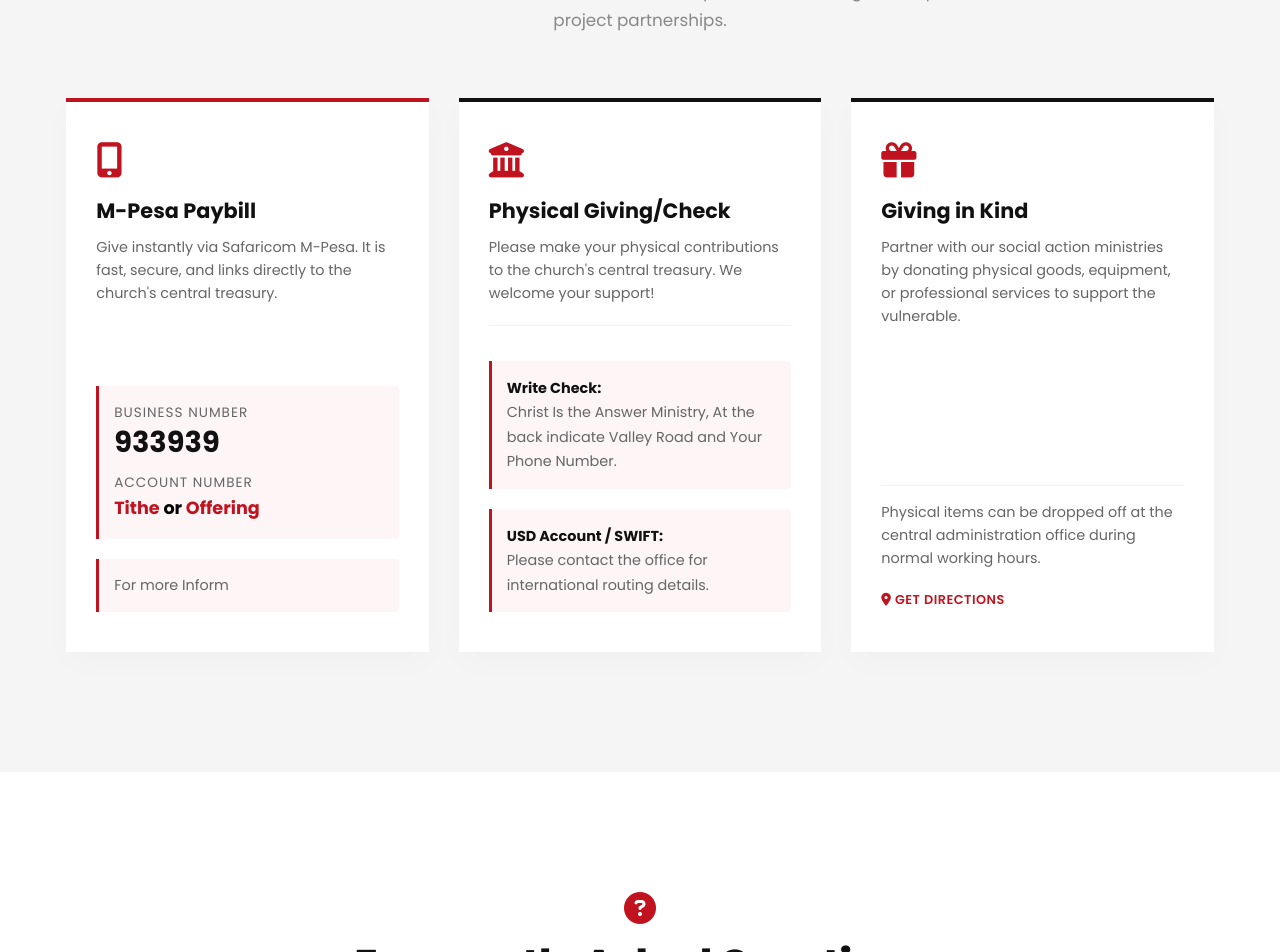
Repository: jereworks/CITAMVRD-Website
Page: give.html
These files come from the project's save history. The page is drawn as it stood at one moment and after the next save; the edit follows.
The browser window is 1280 px wide. The pictures show the part of the page from y = 723 to 1675 px (the page is 2565 px tall).

Above is the page before, as saved 2026-06-12 07:28:43.

After the next save:
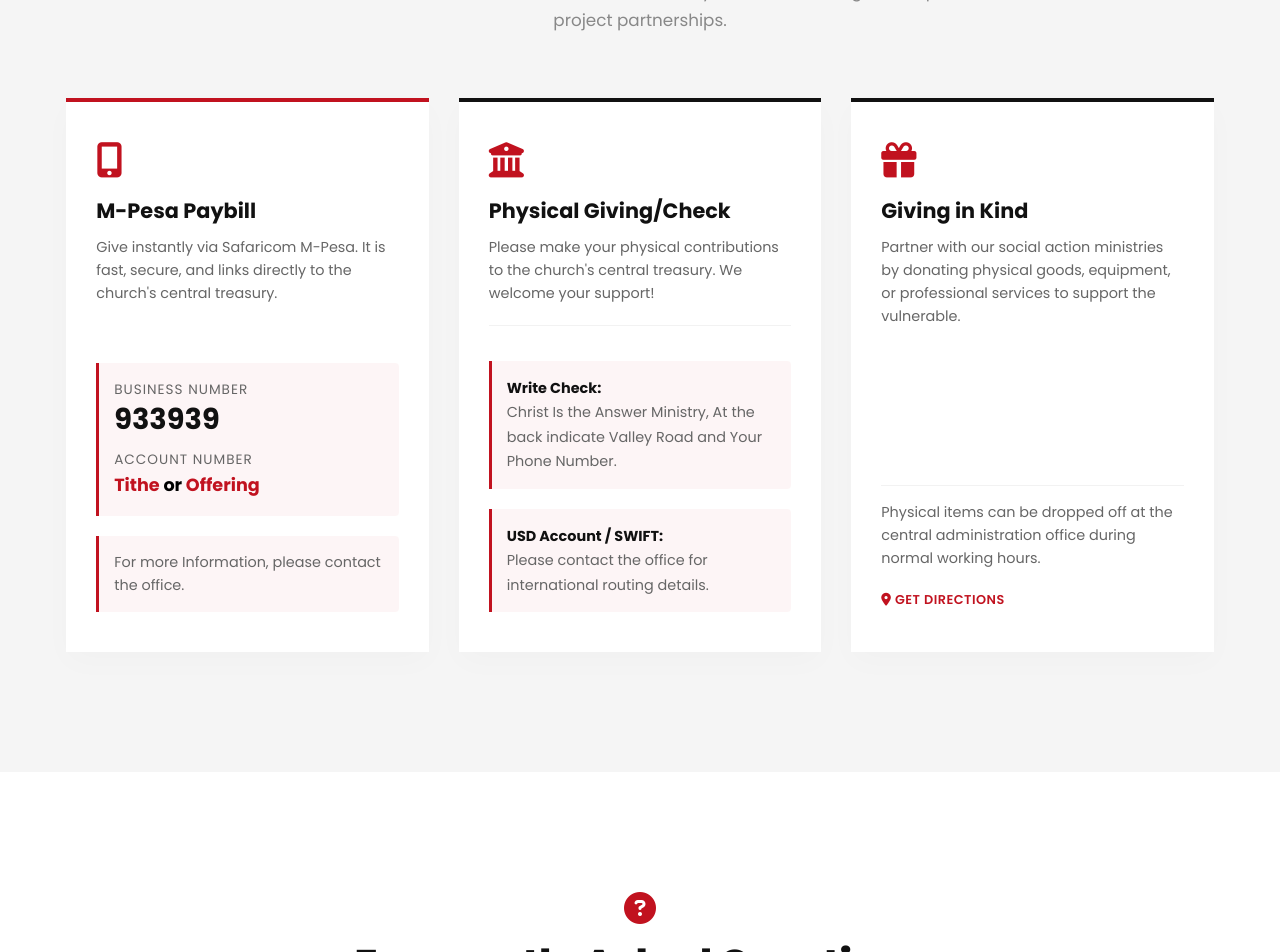
Saved 4 s later.
--- a/give.html
+++ b/give.html
@@ -102,7 +102,7 @@
                     </div>
 
                     <div style="background: rgba(193, 18, 31, 0.04); border-left: 3px solid var(--primary); padding: 15px; margin-top: 20px; border-radius: 0 4px 4px 0;">
-                        <p style="flex-grow: 1;">For more Inform</p>
+                        <p style="flex-grow: 1;">For more Information, please contact the office.</p>
                     </div>
 
                 </div>
